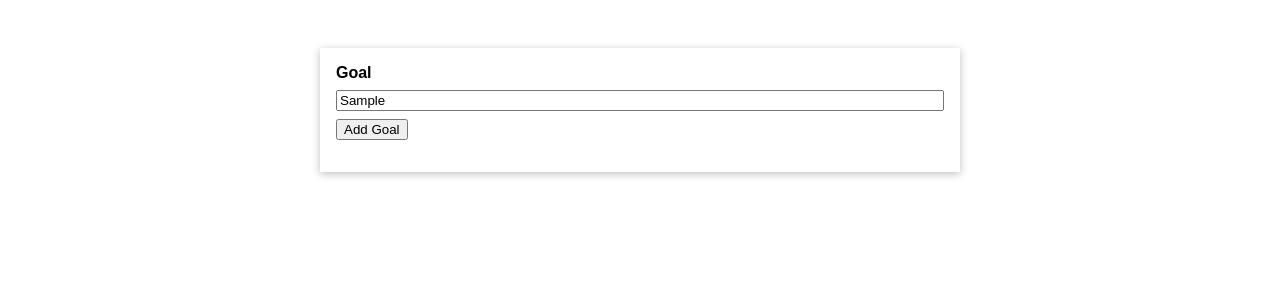
Repository: zmarkoni/Vue-The-Complete-Guide
Page: gs-01-starting-project/index.html
These files come from the project's save history. The page is drawn as it stood at one moment and after a run of saves; the edit follows.
The browser window is 1280 px wide. The pictures show the whole page.
Empty fields were first filled with sample values (such as "Sample", 5 or name@example.com).
After loading, the first visible `button` was clicked once.

Above is the page before, as saved 2020-12-28 22:42:24.

After the next 2 saves:
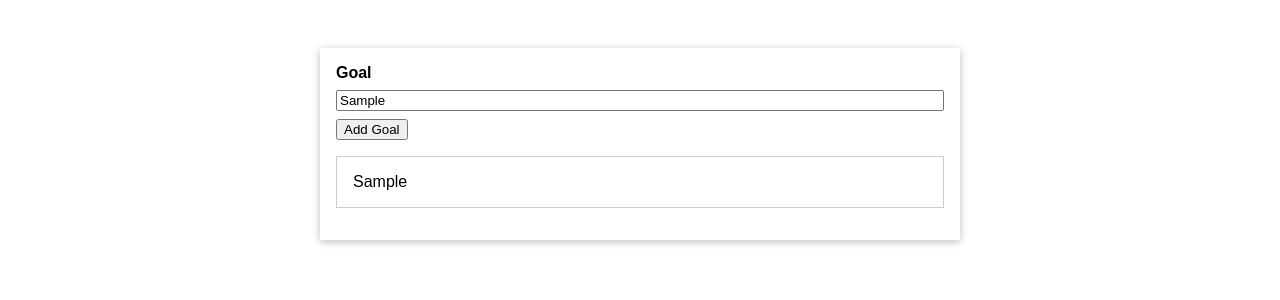
The 2 saves are shown as one change because they came seconds apart.
The last was saved 6 s later.
--- a/gs-01-starting-project/app.js
+++ b/gs-01-starting-project/app.js
@@ -7,7 +7,7 @@ function addGoal() {
     const enteredValue = inputEl.value;
     const listItemEl = document.createElement('li');
     listItemEl.textContent = enteredValue;
-    listEl.appendChild
+    listEl.appendChild(listItemEl);
 }
 
 buttonEl.addEventListener('click', addGoal);
